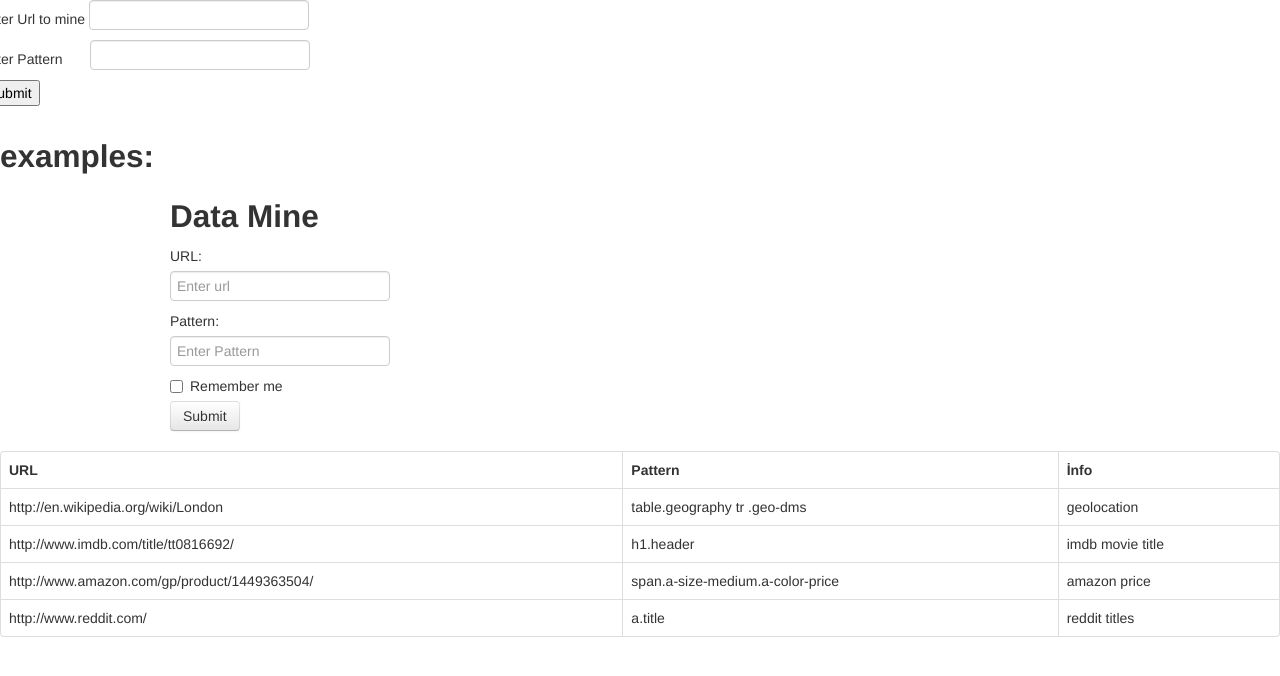
Repository: nerginer/datamine
Page: client/index.html
The author's editor kept a record of every edit. The page is drawn from the files as they stood at one moment, then again after the next edit.
The browser window is 1280 px wide. The pictures show the whole page.

Above is the page before.

### client/index.html
<!DOCTYPE html>
<html>
<head>
<meta charset="utf-8" />
<title>Data Mine</title>
<link rel="stylesheet" type="text/css" href="css/bootstrap.min.css">
</head>
<body>
<div class="col col-buffer row top-buffer">
 <div class="form-group">

            <form action="/" method="post">
               Enter Url to mine
               <input type="text" name="URL"  />
               <br>
               Enter Pattern&nbsp;&nbsp;&nbsp;&nbsp;&nbsp;&nbsp;
               <input type="text" name="Pattern"  />
               <br>

               <button type="submit">Submit</button>
 </div>           </form>
</div>

            <h2>examples:</h2>



<div class="container">
      <h2>Data Mine</h2>
      <form role="form">
        <div class="form-group">
          <label for="text">URL:</label>
          <input type="text" class="form-control" name="URL" placeholder="Enter url">
        </div>
        <div class="form-group">
          <label for="text">Pattern:</label>
          <input type="text" class="form-control" name="Pattern" placeholder="Enter Pattern">
        </div>
        <div class="checkbox">
          <label><input type="checkbox"> Remember me</label>
        </div>
        <button type="submit" class="btn btn-default">Submit</button>
      </form>
</div>




<table class="table table-bordered">
  <tr>
    <th>URL</th>
    <th>Pattern</th>
    <th>İnfo</th>
  </tr>
  <tr>
    <td>http://en.wikipedia.org/wiki/London</td>
    <td>table.geography tr .geo-dms</td>
    <td>geolocation</td>
  </tr>
  <tr>
    <td>http://www.imdb.com/title/tt0816692/</td>
    <td>h1.header</td>
    <td>imdb movie title</td>
  </tr>
  <tr>
    <td>http://www.amazon.com/gp/product/1449363504/</td>
    <td>span.a-size-medium.a-color-price</td>
    <td>amazon price</td>
  </tr>
  <tr>
    <td>http://www.reddit.com/</td>
    <td>a.title</td>
    <td>reddit titles</td>
  </tr>
</table>





</body>
</html>

Loaded but not shown: client/css/bootstrap.min.css (library)

After the next edit:
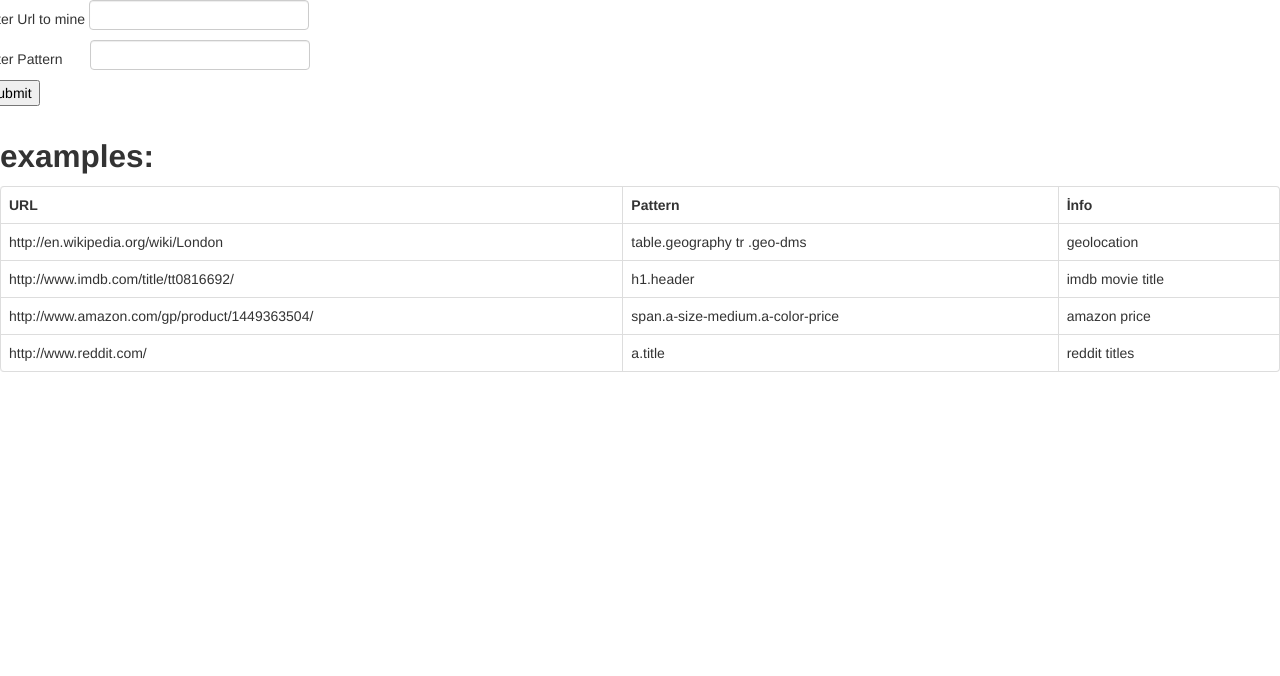
The edit:
--- a/client/index.html
+++ b/client/index.html
@@ -25,23 +25,7 @@
 
 
 
-<div class="container">
-      <h2>Data Mine</h2>
-      <form role="form">
-        <div class="form-group">
-          <label for="text">URL:</label>
-          <input type="text" class="form-control" name="URL" placeholder="Enter url">
-        </div>
-        <div class="form-group">
-          <label for="text">Pattern:</label>
-          <input type="text" class="form-control" name="Pattern" placeholder="Enter Pattern">
-        </div>
-        <div class="checkbox">
-          <label><input type="checkbox"> Remember me</label>
-        </div>
-        <button type="submit" class="btn btn-default">Submit</button>
-      </form>
-</div>
+
 
 
 
